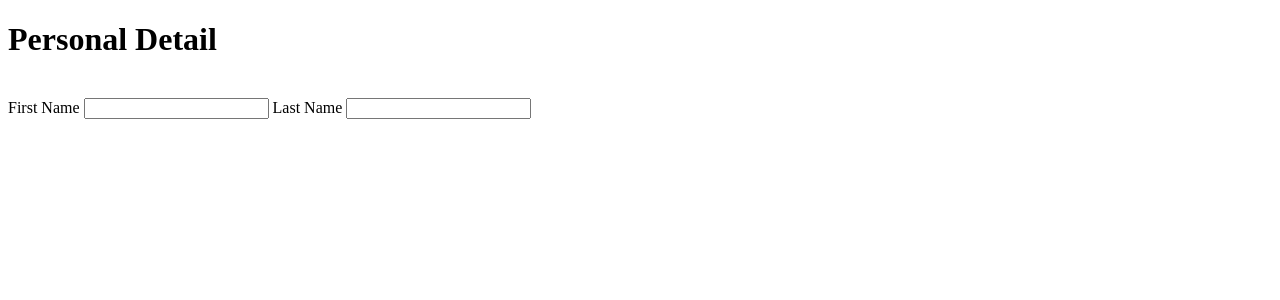
Repository: gotoharjeet/s2
Page: sessionDemo/src/main/webapp/one.html
An editor plug-in stored every save of this project. The page is shown before and after the next save, followed by the edit.
The browser window is 1280 px wide. The pictures show the whole page.

Above is the page before, as saved 2022-05-26 14:45:25.

After the next save:
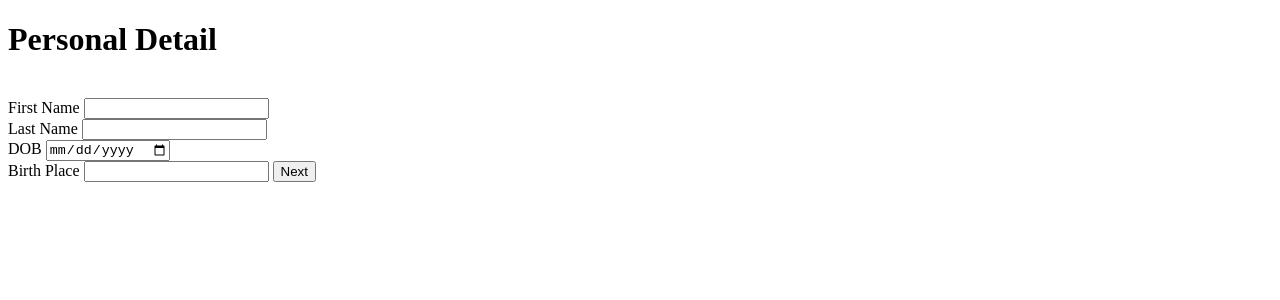
Saved 5 min 40 s later.
--- a/sessionDemo/src/main/webapp/one.html
+++ b/sessionDemo/src/main/webapp/one.html
@@ -6,8 +6,10 @@
 </head>
 <body>
 	<h1>Personal Detail</h1><br/>
-	First Name <input type="text" name="fname">
-	Last Name <input type="text" name="lname">
-
+	First Name <input type="text" name="fname"><br/>
+	Last Name <input type="text" name="lname"><br/>
+	DOB <input type="date" name="dob"><br/>
+	Birth Place <input type="text" name="bplace">
+	<input type="submit" value="Next">
 </body>
 </html>
